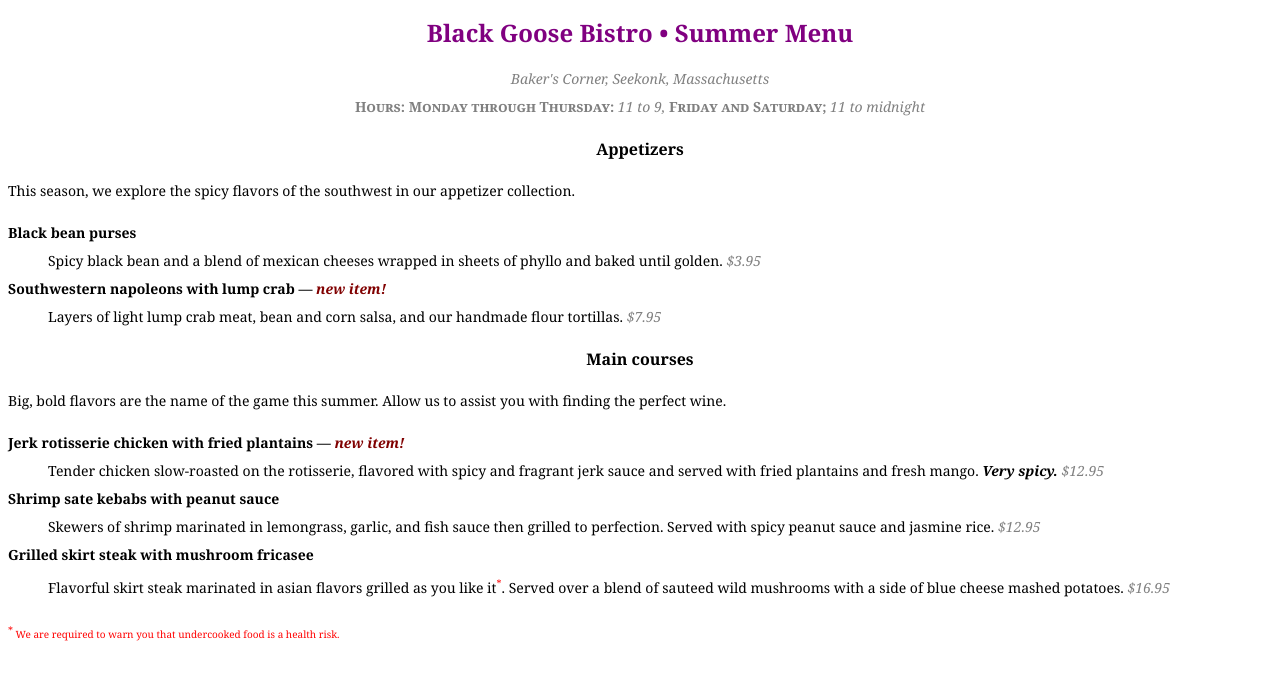
Repository: Lithium87/WebDesign
Page: Bistro/menu.html
An editor plug-in stored every save of this project. The page is shown before and after the next save, followed by the edit.
The browser window is 1280 px wide. The pictures show the whole page.
Some web fonts or font styles are not loaded; a fallback is used.

Above is the page before, as saved 2020-04-14 11:11:36.

### Bistro/menu.html
<!DOCTYPE html >
<html>

<head>
    <meta charset="utf-8">
    <title>Black Goose Bistro Summer Menu</title>
    <link href="http://fonts.googleapis.com/ css?family=Marko+One" rel="stylesheet">
    <style>
        body {
            font-family: Georgia, serif;
            font-size: 100%;
            line-height: 1.75em;
        }

        h1 {
            font: bold 1.5em "Marko One", Georgia, serif;
            color: purple;
        }

        h2 {
            font-size: 1em;
        }

        h1,
        h2,
        #info {
            text-align: center;
        }

        p,
        dl {
            font-size: 0.875em;
        }

        dt {
            font-weight: bold;
        }

        strong {
            font-style: italic;
        }

        dt strong {
            color: maroon;
        }

        #info p {
            font-style: italic;
            color: grey;
        }

        .price {
            font-family: Georgia, serif;
            font-style: italic;
            color: grey;
        }

        .label {
            font-weight: bold;
            font-variant: small-caps;
            font-style: normal;
        }

        p.warning,
        sup {
            font-size: x-small;
            color: red;
        }
    </style>
</head>

<body>

    <div id="info">
        <h1>Black Goose Bistro &bull; Summer Menu</h1>

        <p>Baker's Corner, Seekonk, Massachusetts<br>
            <span class="label">Hours: Monday through Thursday:</span> 11 to 9, <span class="label">Friday and Saturday;</span> 11 to midnight</p>
    </div>

    <div id="appetizers">
        <h2>Appetizers</h2>
        <p>This season, we explore the spicy flavors of the southwest in our appetizer collection.</p>

        <dl>
            <dt>Black bean purses</dt>
            <dd>Spicy black bean and a blend of mexican cheeses wrapped in sheets of phyllo and baked until golden. <span class="price">$3.95</span></dd>

            <dt class="newitem">Southwestern napoleons with lump crab &mdash; <strong>new item!</strong></dt>
            <dd>Layers of light lump crab meat, bean and corn salsa, and our handmade flour tortillas. <span class="price">$7.95</span></dd>
        </dl>
    </div>

    <div id="entrees">

        <h2>Main courses</h2>
        <p>Big, bold flavors are the name of the game this summer. Allow us to assist you with finding the perfect wine.</p>


        <dl>

            <dt class="newitem">Jerk rotisserie chicken with fried plantains &mdash; <strong>new item!</strong></dt>
            <dd>Tender chicken slow-roasted on the rotisserie, flavored with spicy and fragrant jerk sauce and served with fried plantains and fresh mango. <strong>Very spicy.</strong> <span class="price">$12.95</span></dd>

            <dt>Shrimp sate kebabs with peanut sauce</dt>
            <dd>Skewers of shrimp marinated in lemongrass, garlic, and fish sauce then grilled to perfection. Served with spicy peanut sauce and jasmine rice. <span class="price">$12.95</span></dd>

            <dt>Grilled skirt steak with mushroom fricasee</dt>
            <dd>Flavorful skirt steak marinated in asian flavors grilled as you like it<sup>*</sup>. Served over a blend of sauteed wild mushrooms with a side of blue cheese mashed potatoes. <span class="price">$16.95</span></dd>
        </dl>

    </div>

    <p class="warning"><sup>*</sup> We are required to warn you that undercooked food is a health risk.</p>

</body>

</html>

After the next save:
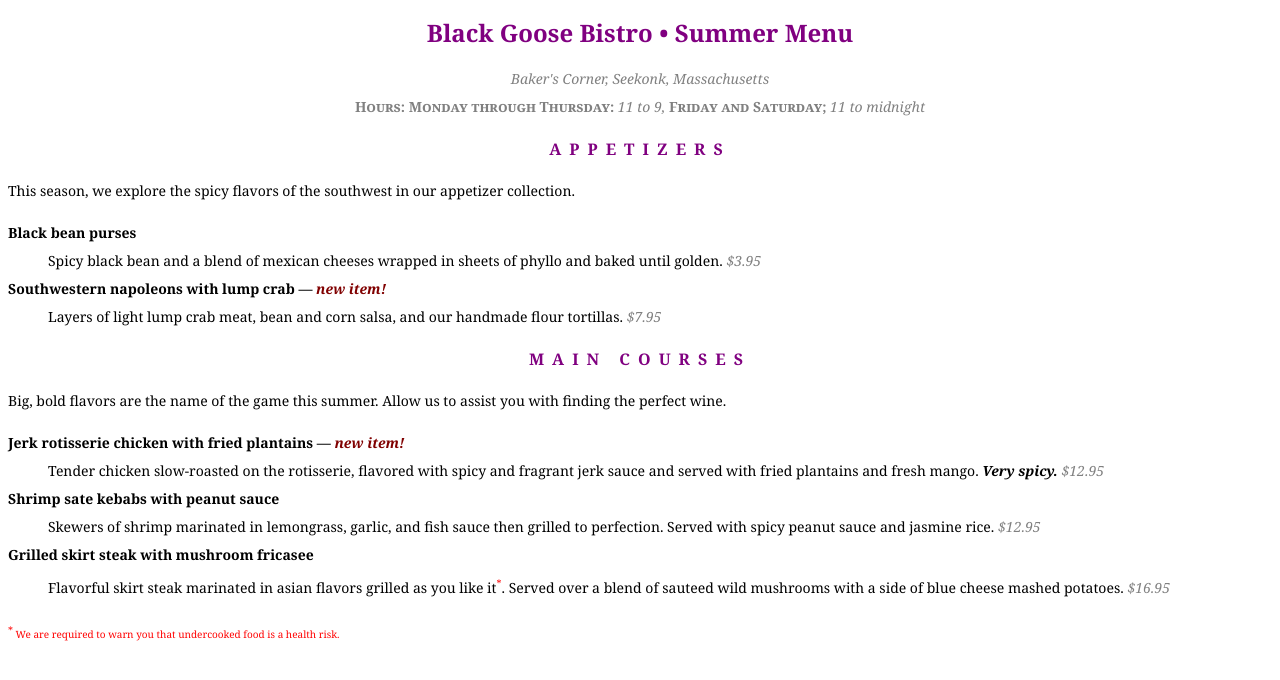
Saved 94 s later.
--- a/Bistro/menu.html
+++ b/Bistro/menu.html
@@ -19,6 +19,9 @@
 
         h2 {
             font-size: 1em;
+            text-transform: uppercase;
+            letter-spacing: 0.5em;
+            color: purple;
         }
 
         h1,
